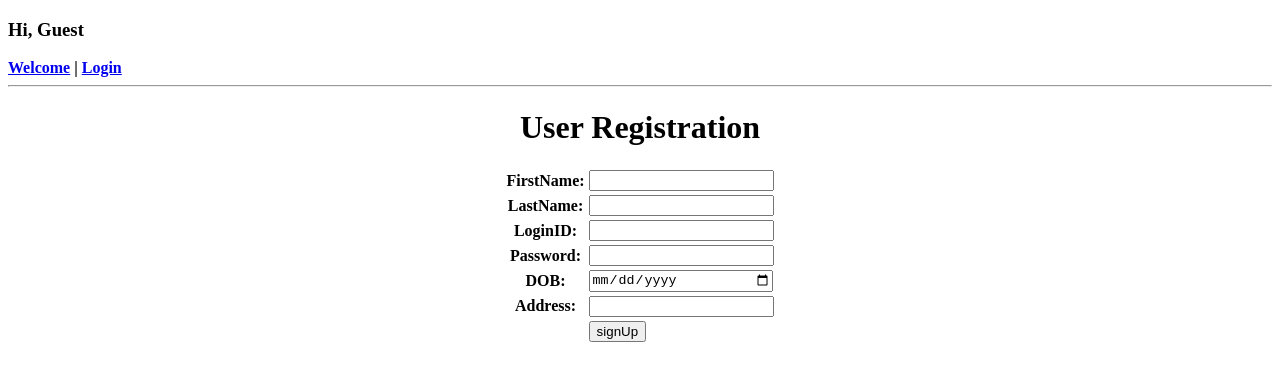
Repository: Suraj141203/DynamicWebProject
Page: http://localhost/advance-java-web/UserView.jsp
The author's editor kept a copy of each file at every save. The page is drawn from the files as they stood at one save, then again after the next save.
The browser window is 1280 px wide. The pictures show the whole page.
The page is served by Tomcat 9.

Above is the page before, as saved 2024-08-06 12:51:04.

After the next save:
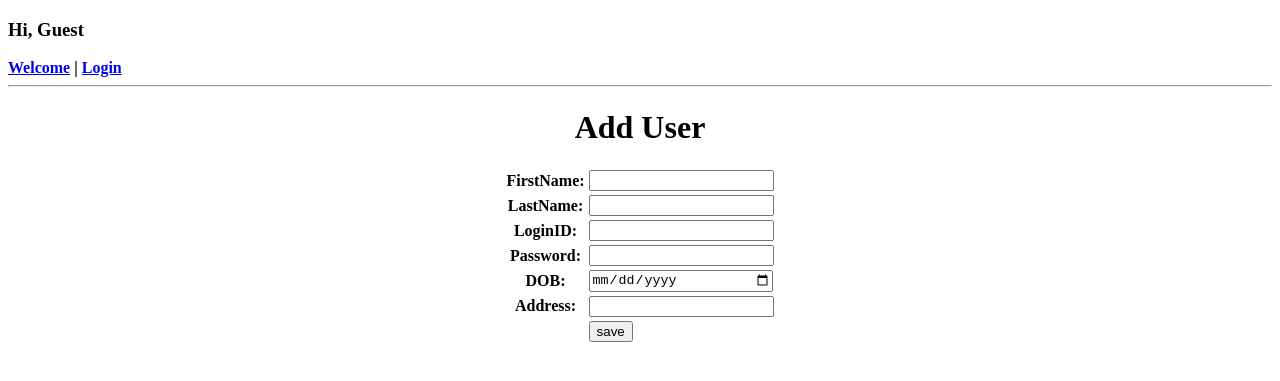
Saved 2 min 48 s later.
--- a/Dynamic Web Project/advance-java-web/WebContent/UserView.jsp
+++ b/Dynamic Web Project/advance-java-web/WebContent/UserView.jsp
@@ -8,9 +8,9 @@
 </head>
 <body>
 	<%@ include file="Header.jsp"%>
-	<form action="UserRegistrationCtl" method="post">
+	<form action="UserCtl" method="post">
 		<div align="center">
-			<h1>User Registration</h1>
+			<h1>Add User</h1>
 			<%
 				String msg = (String) request.getAttribute("msg");
 			%>
@@ -50,7 +50,7 @@
 				</tr>
 				<tr>
 					<td></td>
-					<td><input type="submit" value="signUp"></td>
+					<td><input type="submit" value="save"></td>
 				</tr>
 			</table>
 		</div>
